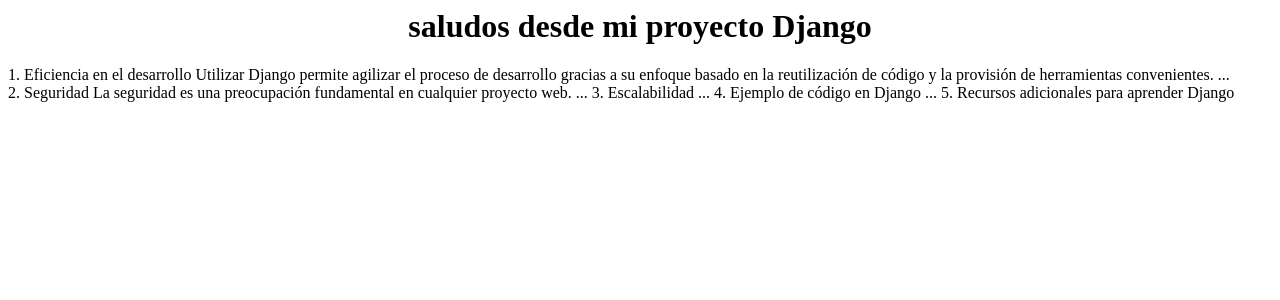
Repository: profe-ggarrido/desaf-aplic-web-python
Page: http://localhost/
The author's editor kept a copy of each file at every save. The page is drawn from the files as they stood at one save, then again after the next save.
The browser window is 1280 px wide. The pictures show the whole page.
The page is served by the project's application, run on Django 4.2 (pro_alfa/manage.py). Other server files are loaded and not shown.

Above is the page before, as saved 2024-04-29 19:30:47.

### pro_alfa/holaMundo/views.py
from django.shortcuts import render
from django.http import HttpResponse
# Create your views here.

def hola(request):
    return HttpResponse(
        """
        <h1><center>saludos desde mi proyecto Django</center></h1>
        <p> 1. Eficiencia en el desarrollo Utilizar Django permite agilizar el proceso de desarrollo gracias a su enfoque basado en la reutilización de código y la provisión de herramientas convenientes. ... <br>
2. Seguridad La seguridad es una preocupación fundamental en cualquier proyecto web. ...
3. Escalabilidad ...
4. Ejemplo de código en Django ...
5. Recursos adicionales para aprender Django
    """
    )

### pro_alfa/pro_alfa/urls.py
"""
URL configuration for pro_alfa project.

The `urlpatterns` list routes URLs to views. For more information please see:
    https://docs.djangoproject.com/en/4.2/topics/http/urls/
Examples:
Function views
    1. Add an import:  from my_app import views
    2. Add a URL to urlpatterns:  path('', views.home, name='home')
Class-based views
    1. Add an import:  from other_app.views import Home
    2. Add a URL to urlpatterns:  path('', Home.as_view(), name='home')
Including another URLconf
    1. Import the include() function: from django.urls import include, path
    2. Add a URL to urlpatterns:  path('blog/', include('blog.urls'))
"""
from django.contrib import admin
from django.urls import path
from holaMundo.views import hola


urlpatterns = [
    path('admin/', admin.site.urls),
    path('', hola)
]

After the next save:
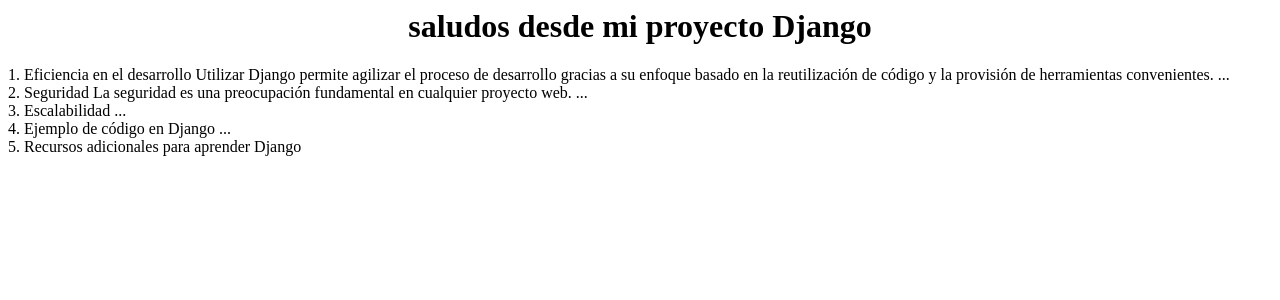
Saved 39 s later.
--- a/pro_alfa/holaMundo/views.py
+++ b/pro_alfa/holaMundo/views.py
@@ -7,9 +7,9 @@
         """
         <h1><center>saludos desde mi proyecto Django</center></h1>
         <p> 1. Eficiencia en el desarrollo Utilizar Django permite agilizar el proceso de desarrollo gracias a su enfoque basado en la reutilización de código y la provisión de herramientas convenientes. ... <br>
-2. Seguridad La seguridad es una preocupación fundamental en cualquier proyecto web. ...
-3. Escalabilidad ...
-4. Ejemplo de código en Django ...
+2. Seguridad La seguridad es una preocupación fundamental en cualquier proyecto web. ...<br>
+3. Escalabilidad ...<br>
+4. Ejemplo de código en Django ...<br>
 5. Recursos adicionales para aprender Django
     """
     )
